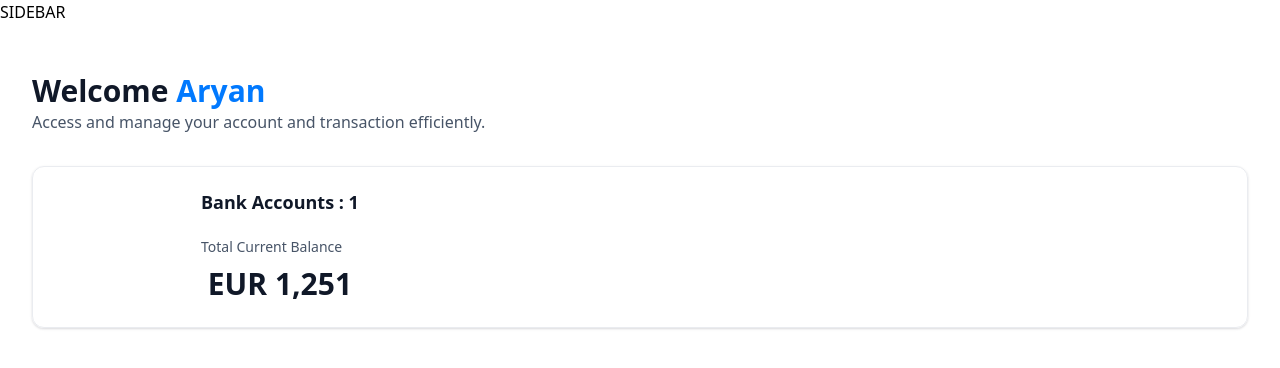
Repository: Strong02coder/banking_app
Page: /
The author's editor kept a copy of each file at every save. The page is drawn from the files as they stood at one save, then again after a run of saves.
The browser window is 1280 px wide. The pictures show the whole page.
The project was rebuilt for these pictures with package versions that can differ from the ones it lists, and the page was loaded fresh each time. The framework's server and built-in components were replaced by stand-ins that run in the browser. Also part of the build but not shown: next.config.mjs.

Above is the page before, as saved 2024-09-19 19:28:23.

After the next 2 saves:
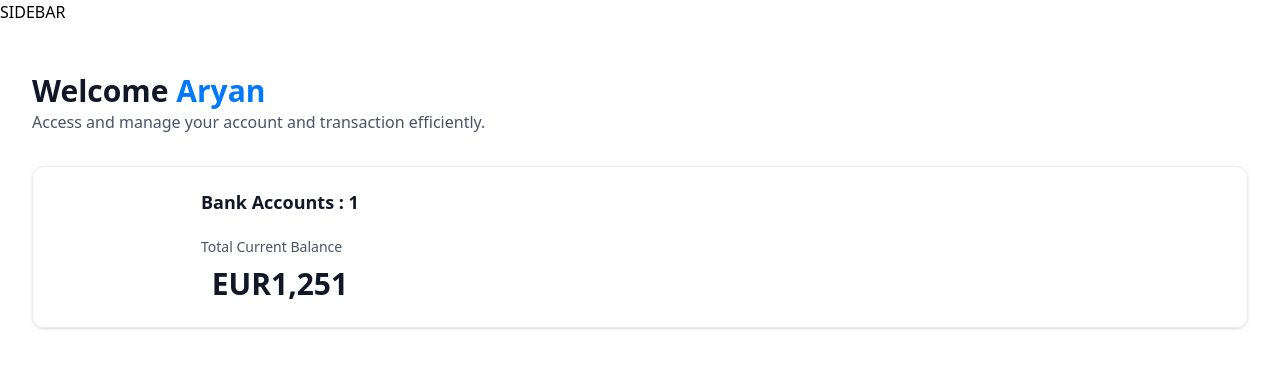
The 2 saves are shown as one change because they came seconds apart.
The last was saved 7 s later.
--- a/components/AnimatedCounter.tsx
+++ b/components/AnimatedCounter.tsx
@@ -7,8 +7,8 @@ const AnimatedCounter = ({amount}:{amount:number}) => {
 		<div>
 			<CountUp
 			  decimal=","
-  			prefix="EUR "
-			end={amount}
+  			prefix="EUR"
+				end={amount}
 			/>
 		</div>
 	)
